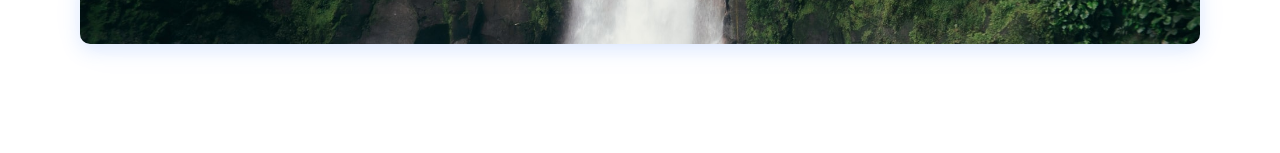
Repository: Yekta-Behzadi/site-with-react
Page: /
The author's editor kept a copy of each file at every save. The page is drawn from the files as they stood at one save, then again after the next save.
The browser window is 1280 px wide. The pictures show the part of the page from y = 614 to 1517 px (the page is 767 px tall before and 1517 px after).
Some web libraries are served in a nearby version. The project was rebuilt for these pictures with package versions that can differ from the ones it lists, and the page was loaded fresh each time.

Above is the page before, as saved 2020-12-28 14:35:26.

After the next save:
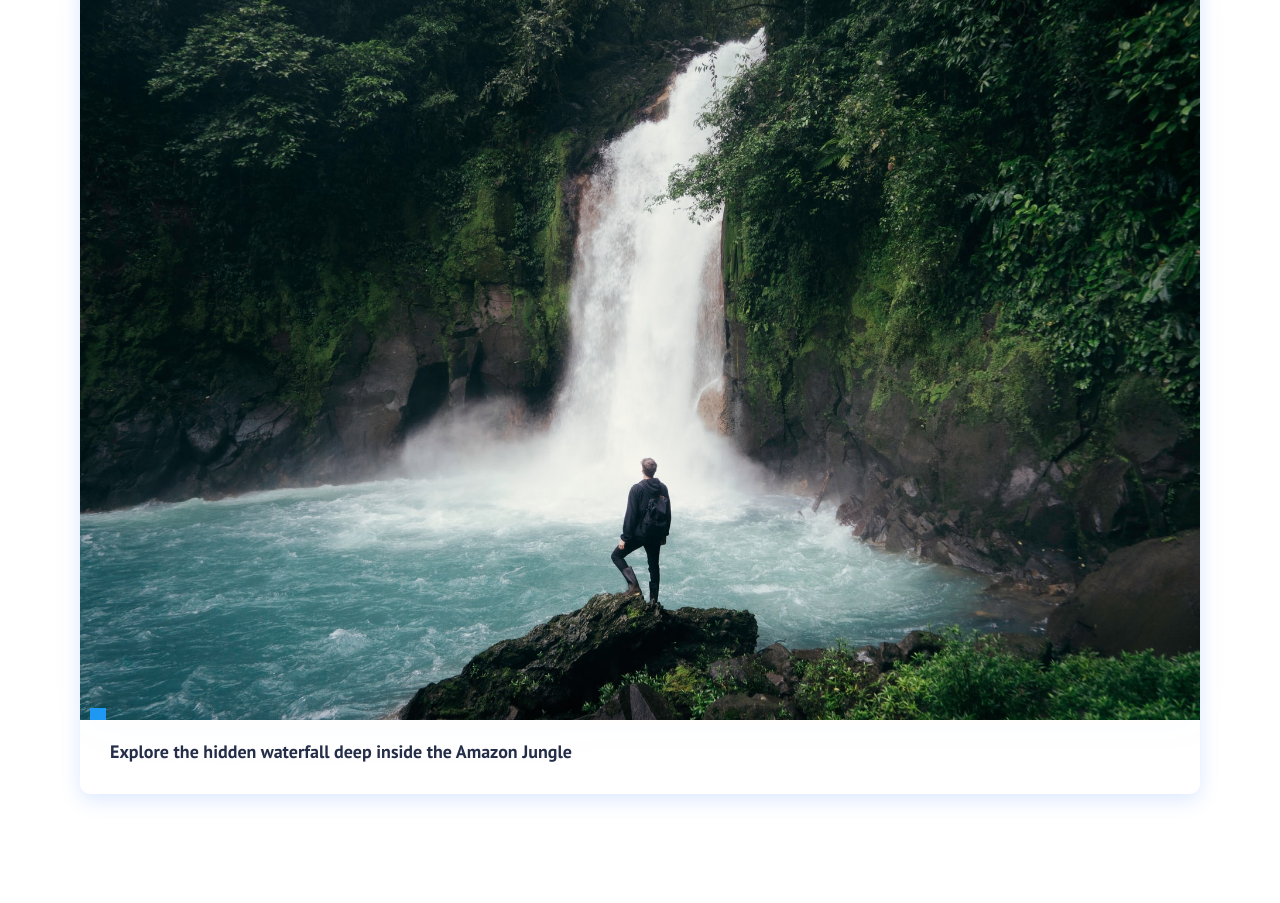
Saved 38 s later.
--- a/src/components/cardItem/CardItem.js
+++ b/src/components/cardItem/CardItem.js
@@ -6,7 +6,7 @@ const CardItem = ({path,src,text,label}) => {
     <>
     <li className="cards__item">
       <Link className='cards__item__link' to={path} >
-        <figure className="cards__item_pic-wrap" data-catergory={label} >
+        <figure className="cards__item__pic-wrap" data-catergory={label} >
           <img src={src} alt="Travel Image" className="cards__item__img"/>
         </figure>
         <div className="cards__item__info">
